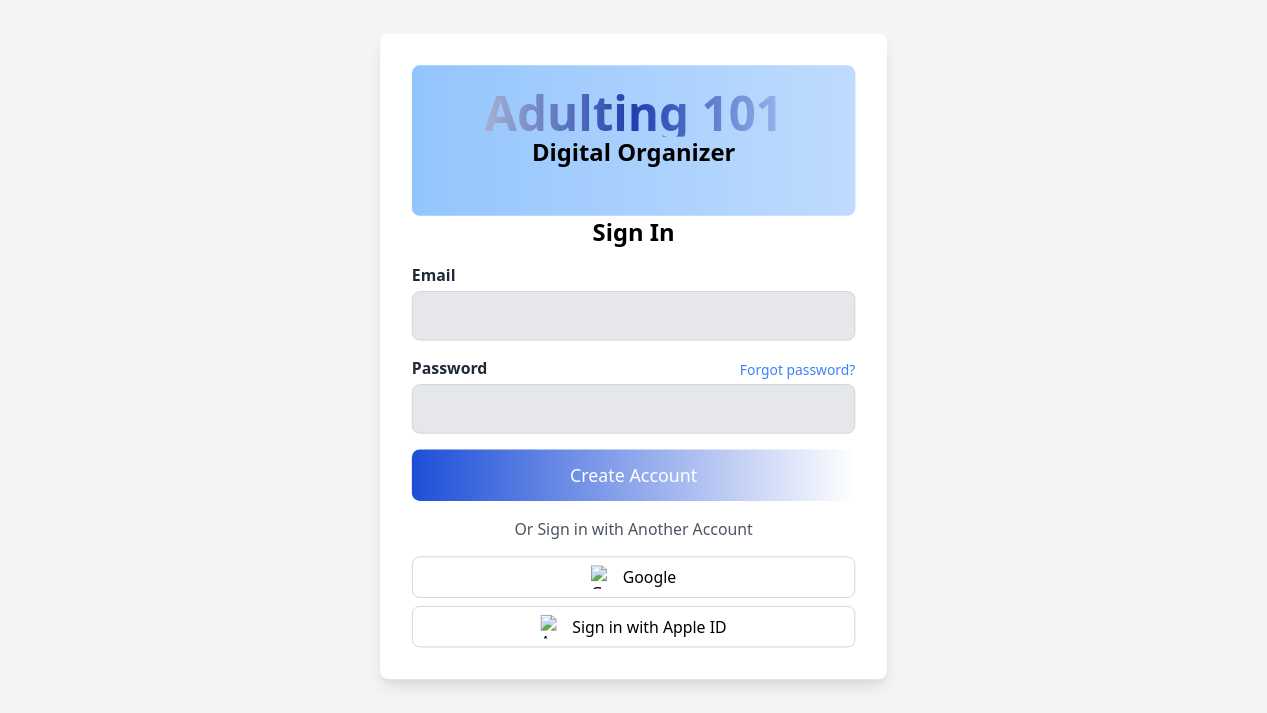
Repository: MercyB19/Russaw_Mercy_Adulting-101_Capstone
Page: page2.html
The author's editor kept a copy of each file at every save. The page is drawn from the files as they stood at one save, then again after the next save.
The browser window is 1280 px wide. The pictures show the whole page, at 99% of full size.
Some web fonts or font styles are not loaded; a fallback is used.

Above is the page before, as saved 2024-07-23 04:52:28.
Not found: path/to/apple-icon.png
Not found: path/to/google-icon.png

### page2.html
<!DOCTYPE html>
<html>
<head>
  <meta charset="utf-8" />
  <meta name="viewport" content="width=device-width, initial-scale=1.0">
  <title>YAY Adulting</title>
  <link href="https://cdn.jsdelivr.net/npm/tailwindcss@2.2.19/dist/tailwind.min.css" rel="stylesheet">
  <link rel="stylesheet" href="https://fonts.googleapis.com/css2?family=Balsamiq+Sans:wght@400;700&display=swap" />
  <link rel="stylesheet" href="https://fonts.googleapis.com/css2?family=Inter:wght@400;500;600&display=swap" />
  <link rel="stylesheet" href="https://fonts.googleapis.com/css2?family=Poppins:wght@500;700&display=swap" />
</head>
<body class="bg-gray-100 flex justify-center items-center min-h-screen">
  <div class="w-full max-w-lg p-8 bg-white rounded-lg shadow-lg">
    <div class="bg-gradient-to-r from-blue-300 via-teal-300 to-blue-200 p-6 rounded-lg">
      <header class="text-center mb-6">
        <div class="text-5xl font-bold text-teal-800 bg-gradient-to-r from-gray-300 via-blue-800 to-teal-800 bg-clip-text text-transparent">Adulting 101</div>
        <div class="text-2xl font-bold text-teal-800">Digital Organizer</div>
      </header>
    </div>
    <section>
      <div class="text-center text-2xl font-semibold text-teal-800 mb-4">Sign In</div>
      <form id="new_user" novalidate="novalidate" action="/users/sign_in" accept-charset="UTF-8" method="post">
        <input type="hidden" name="authenticity_token" value="FxHPCRhl5JJgqtND_npnfiFcsOMe3vEj3f7Q5ZczvMgPzfSCkdyNfdVi6KVlaeydTSL--1WXuUFwsIkOZ8mu_g" autocomplete="off">

        <div class="mb-4">
          <label class="block font-semibold text-gray-800" for="user_login">Email</label>
          <input class="mt-1 w-full p-3 bg-gray-200 border border-gray-300 rounded-lg" type="text" name="user[login]" id="user_login" required>
        </div>
        <div class="mb-4 relative">
          <label class="block font-semibold text-gray-800" for="user_password">Password</label>
          <input class="mt-1 w-full p-3 bg-gray-200 border border-gray-300 rounded-lg" type="password" name="user[password]" id="user_password">
          <a class="absolute right-0 top-0 mt-1 text-sm text-blue-500 hover:underline" href="/users/password/new">Forgot password?</a>
        </div>
        <div class="flex flex-col gap-4">
          <button class="bg-gradient-to-r from-blue-700 to-teal-500 text-white py-3 rounded-lg text-lg">Create Account</button>
          <div class="text-center text-gray-600">Or Sign in with Another Account</div>
          <div class="flex flex-col gap-2">
            <button class="flex items-center justify-center gap-2 border border-gray-300 py-2 rounded-lg">
              <img src="path/to/google-icon.png" alt="Google Icon" class="w-6 h-6">
              <div>Google</div>
            </button>
            <button class="flex items-center justify-center gap-2 border border-gray-300 py-2 rounded-lg">
              <img src="path/to/apple-icon.png" alt="Apple Icon" class="w-6 h-6">
              <div>Sign in with Apple ID</div>
            </button>
          </div>
        </div>
      </form>
    </section>
  </div>
</body>
</html>

After the next save:
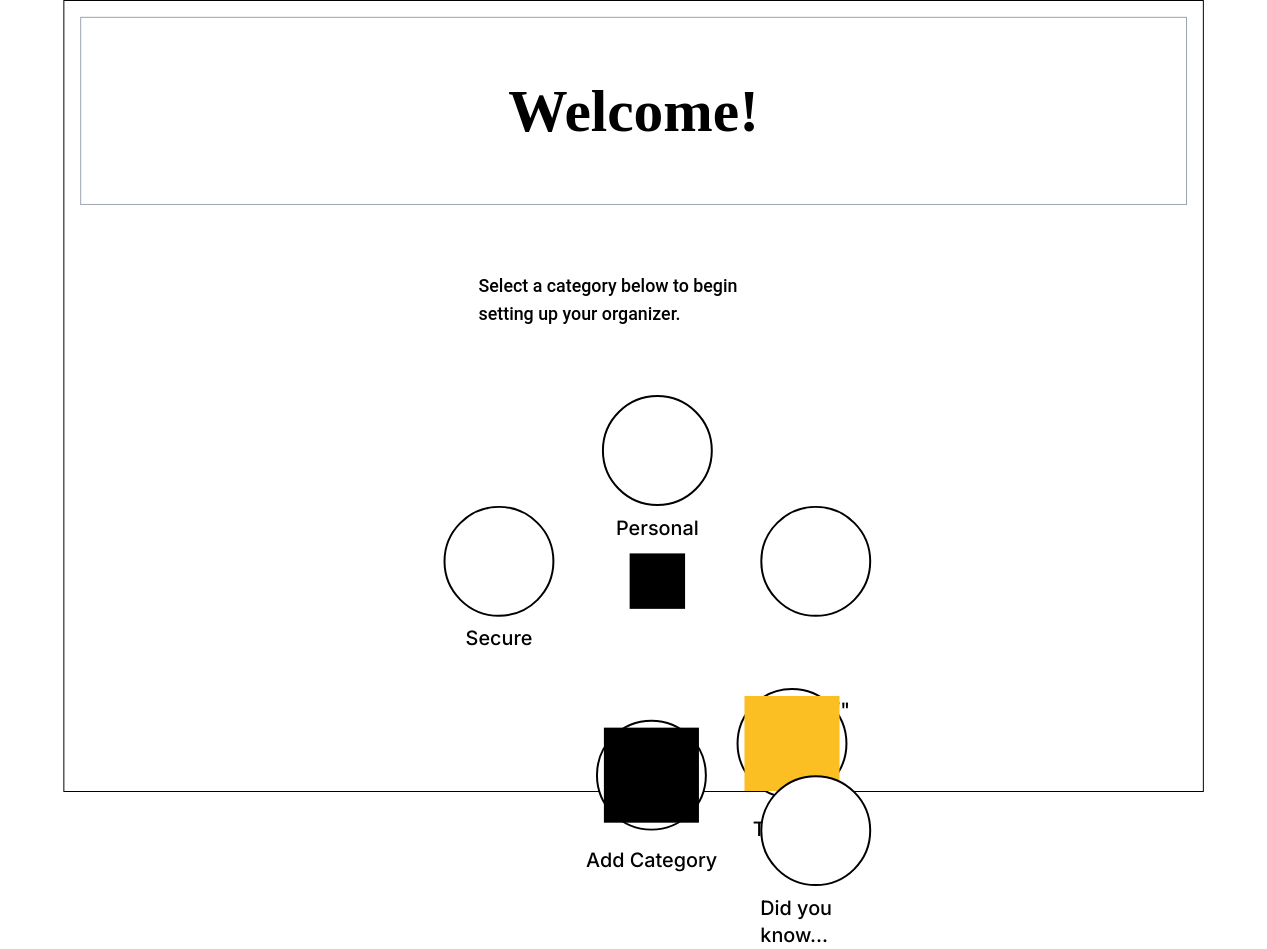
Saved 16 min 49 s later.
--- a/page2.html
+++ b/page2.html
@@ -1,52 +1,77 @@
 <!DOCTYPE html>
-<html>
+<html lang="en">
+
 <head>
-  <meta charset="utf-8" />
+  <meta charset="UTF-8">
   <meta name="viewport" content="width=device-width, initial-scale=1.0">
   <title>YAY Adulting</title>
   <link href="https://cdn.jsdelivr.net/npm/tailwindcss@2.2.19/dist/tailwind.min.css" rel="stylesheet">
-  <link rel="stylesheet" href="https://fonts.googleapis.com/css2?family=Balsamiq+Sans:wght@400;700&display=swap" />
-  <link rel="stylesheet" href="https://fonts.googleapis.com/css2?family=Inter:wght@400;500;600&display=swap" />
-  <link rel="stylesheet" href="https://fonts.googleapis.com/css2?family=Poppins:wght@500;700&display=swap" />
+  <link rel="stylesheet" href="https://fonts.googleapis.com/css2?family=Balsamiq+Sans:wght@400;700&display=swap">
+  <link rel="stylesheet" href="https://fonts.googleapis.com/css2?family=Inter:wght@400;500;600&display=swap">
+  <link rel="stylesheet" href="https://fonts.googleapis.com/css2?family=Poppins:wght@500;700&display=swap">
 </head>
-<body class="bg-gray-100 flex justify-center items-center min-h-screen">
-  <div class="w-full max-w-lg p-8 bg-white rounded-lg shadow-lg">
-    <div class="bg-gradient-to-r from-blue-300 via-teal-300 to-blue-200 p-6 rounded-lg">
-      <header class="text-center mb-6">
-        <div class="text-5xl font-bold text-teal-800 bg-gradient-to-r from-gray-300 via-blue-800 to-teal-800 bg-clip-text text-transparent">Adulting 101</div>
-        <div class="text-2xl font-bold text-teal-800">Digital Organizer</div>
-      </header>
+
+<body class="bg-white flex flex-col items-center gap-12">
+  <div class="w-full max-w-6xl p-4 border border-black flex flex-col items-center gap-12">
+    <div class="w-full max-w-6xl p-16 bg-gradient-radial from-gray-200 to-gray-500 border border-gray-400 flex flex-col items-center gap-12">
+      <div class="flex flex-col items-center gap-2">
+        <div class="text-6xl font-bold text-teal-600 text-center" style="font-family: 'Balsamiq Sans', cursive;">
+          Welcome!
+        </div>
+      </div>
     </div>
-    <section>
-      <div class="text-center text-2xl font-semibold text-teal-800 mb-4">Sign In</div>
-      <form id="new_user" novalidate="novalidate" action="/users/sign_in" accept-charset="UTF-8" method="post">
-        <input type="hidden" name="authenticity_token" value="FxHPCRhl5JJgqtND_npnfiFcsOMe3vEj3f7Q5ZczvMgPzfSCkdyNfdVi6KVlaeydTSL--1WXuUFwsIkOZ8mu_g" autocomplete="off">
-
-        <div class="mb-4">
-          <label class="block font-semibold text-gray-800" for="user_login">Email</label>
-          <input class="mt-1 w-full p-3 bg-gray-200 border border-gray-300 rounded-lg" type="text" name="user[login]" id="user_login" required>
+    <div class="p-5 bg-white flex justify-center items-center gap-5">
+      <div class="w-2/3 text-black text-lg font-medium" style="font-family: 'Roboto', sans-serif;">
+        Select a category below to begin setting up your organizer.
+      </div>
+    </div>
+    <div class="relative w-96 h-96">
+      <div class="absolute left-40 top-0 flex flex-col items-center gap-2">
+        <div class="w-28 h-28 bg-white border-2 border-black rounded-full"></div>
+        <div class="text-black text-xl font-medium" style="font-family: 'Inter', sans-serif;">Personal</div>
+        <div class="relative w-16 h-16">
+          <div class="absolute inset-1 bg-black"></div>
         </div>
-        <div class="mb-4 relative">
-          <label class="block font-semibold text-gray-800" for="user_password">Password</label>
-          <input class="mt-1 w-full p-3 bg-gray-200 border border-gray-300 rounded-lg" type="password" name="user[password]" id="user_password">
-          <a class="absolute right-0 top-0 mt-1 text-sm text-blue-500 hover:underline" href="/users/password/new">Forgot password?</a>
+      </div>
+      <div class="absolute left-0 top-28 flex flex-col items-center gap-2">
+        <div class="w-28 h-28 bg-white border-2 border-black rounded-full"></div>
+        <div class="text-black text-xl font-medium" style="font-family: 'Inter', sans-serif;">Secure</div>
+        <div class="relative w-20 h-18">
+          <div class="absolute inset-1 bg-gray-300"></div>
+          <div class="absolute inset-x-0 top-8 bg-yellow-400"></div>
+          <div class="absolute right-1 top-1/2 bg-brown-400"></div>
         </div>
-        <div class="flex flex-col gap-4">
-          <button class="bg-gradient-to-r from-blue-700 to-teal-500 text-white py-3 rounded-lg text-lg">Create Account</button>
-          <div class="text-center text-gray-600">Or Sign in with Another Account</div>
-          <div class="flex flex-col gap-2">
-            <button class="flex items-center justify-center gap-2 border border-gray-300 py-2 rounded-lg">
-              <img src="path/to/google-icon.png" alt="Google Icon" class="w-6 h-6">
-              <div>Google</div>
-            </button>
-            <button class="flex items-center justify-center gap-2 border border-gray-300 py-2 rounded-lg">
-              <img src="path/to/apple-icon.png" alt="Apple Icon" class="w-6 h-6">
-              <div>Sign in with Apple ID</div>
-            </button>
-          </div>
+      </div>
+      <div class="absolute left-80 top-28 flex flex-col items-center gap-2">
+        <div class="w-28 h-28 bg-white border-2 border-black rounded-full"></div>
+        <div class="relative w-22 h-16">
+          <div class="absolute inset-1 bg-red-500"></div>
+          <div class="absolute left-6 top-8 bg-blue-200"></div>
+          <div class="absolute inset-x-4 top-14 bg-black"></div>
         </div>
-      </form>
-    </section>
+        <div class="text-black text-xl font-medium" style="font-family: 'Inter', sans-serif;">My "V"</div>
+      </div>
+      <div class="absolute left-72 top-72 flex flex-col items-center gap-2">
+        <div class="relative w-32 h-32">
+          <div class="absolute inset-2 bg-white border-2 border-black rounded-full"></div>
+          <div class="absolute inset-4 bg-yellow-400"></div>
+          <div class="absolute left-7 top-7 bg-brown-400"></div>
+        </div>
+        <div class="text-black text-xl font-medium" style="font-family: 'Inter', sans-serif;">The Bag</div>
+      </div>
+      <div class="absolute left-36 top-80 flex flex-col items-center gap-2">
+        <div class="relative w-32 h-32">
+          <div class="absolute inset-2 bg-white border-2 border-black rounded-full"></div>
+          <div class="absolute inset-4 bg-black"></div>
+        </div>
+        <div class="text-black text-xl font-medium" style="font-family: 'Inter', sans-serif;">Add Category</div>
+      </div>
+      <div class="absolute left-80 top-96 flex flex-col items-center gap-2">
+        <div class="relative w-28 h-28 bg-white border-2 border-black rounded-full"></div>
+        <div class="text-black text-xl font-medium" style="font-family: 'Inter', sans-serif;">Did you know...</div>
+      </div>
+    </div>
   </div>
 </body>
+
 </html>
